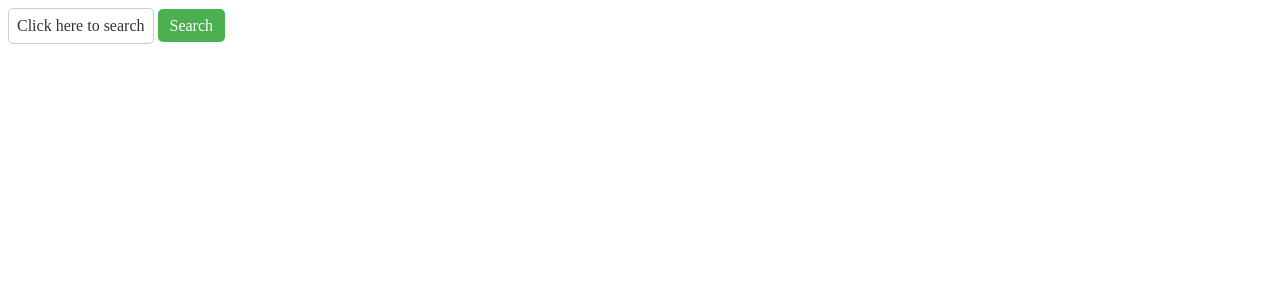
Repository: samoshi/To-do
Page: http://localhost/
An editor plug-in stored every save of this project. The page is shown before and after the next save, followed by the edit.
The browser window is 1280 px wide. The pictures show the whole page.
The page is served by the project's application, run on Flask 3 (app/app.py). Queries for data that is not in the repository find no rows.

Above is the page before, as saved 2024-01-14 20:26:03.

### app/templates/index.html
<!DOCTYPE html>
<html lang="en">
<head>
    <meta charset="UTF-8">
    <meta name="viewport" content="width=device-width, initial-scale=1.0">
    <title>Clickable Search Bar</title>
    <style>
        /* Style for the clickable search bar */
        .search-bar {
            display: inline-block;
            border: 1px solid #ccc;
            padding: 8px;
            border-radius: 5px;
            cursor: pointer;
            text-decoration: none;
            color: #333;
        }

        /* Style for the search button */
        .search-button {
            background-color: #4CAF50;
            color: #fff;
            border: none;
            padding: 8px 12px;
            border-radius: 5px;
            cursor: pointer;
            text-decoration: none;
        }
    </style>
</head>
<body>

<!-- Clickable search bar as a link -->
<a href="https://example.com/search" class="search-bar">
    Click here to search
    <!-- You can include an icon or any other content if needed -->
</a>

<!-- Search button (optional) -->
<a href="https://example.com/search" class="search-button">
    Search
</a>

</body>
</html>

### app/app.py
from flask import Flask, render_template, request, redirect, url_for, jsonify
from flask_sqlalchemy import SQLAlchemy

app = Flask(__name__)

app.config['SQLALCHEMY_DATABASE_URI'] = 'sqlite:///db.sqlite'
app.config['SQLALCHEMY_TRACK_MODIFICATIONS'] = False
db = SQLAlchemy(app)

class Task(db.Model):
    id = db.Column(db.Integer, primary_key=True)
    title = db.Column(db.String(100))
    complete = db.Column(db.Boolean)

# def save_tasks():
#     with open("tasks.json", "w") as file:
#         json.dump(tasks, file)


# # Load tasks from a file
# def load_tasks():
#     try:
#         with open("tasks.json", "r") as file:
#             lines = file.readlines()
#             tasks = []
#             for line in lines:
#                 parts = line.split(":")
#                 if len(parts) == 2:
#                     description, completed_str = parts
#                     completed = eval(completed_str)
#                     tasks.append({"description": description, "completed": completed})
#             return tasks
#     except FileNotFoundError:
#         return []  # Return an empty list if the file doesn't exist
#     except json.decoder.JSONDecodeError:
#         return []  # Return an empty list if there's an issue decoding JSON

# # Initialize tasks
# tasks = load_tasks()

@app.route('/')
def index():
    task_list = Task.query.all()
    return render_template('index.html', task_list=task_list)

@app.route('/add_task', methods=['POST'])
def add_task():
    title = request.form.get("title")
    new_task = Task(title=title, complete=False)
    db.session.add(new_task)
    db.session.commit()
    return redirect(url_for("index"))

@app.route("/update/<int:task_id>")
def update_task(task_id):
    task = Task.query.filter_by(id=task_id).first()
    task.complete = not task.complete
    db.session.commit()
    return redirect(url_for("index"))

@app.route('/complete/<int:task_id>')
def complete_task(task_id):
    task = Task.query.filter_by(id=task_id).first()
    if task:
        task.complete = not task.complete
        db.session.commit()
    return redirect(url_for('index'))

@app.route('/remove/<int:task_id>')
def remove_task(task_id):
    print("Remove task ()")
    task = Task.query.filter_by(id=task_id).first()
    print("Getting task", task_id)
    db.session.delete(task)
    print("deleted task")
    db.session.commit()
    return redirect(url_for('index'))

@app.route('/clear_tasks')
def clear_tasks():
    db.session.query(Task).delete()
    db.session.commit()
    return redirect(url_for('index'))


if __name__ == '__main__':
    db.create_all()
    app.run(host='0.0.0.0', port=5000, debug=True)

After the next save:
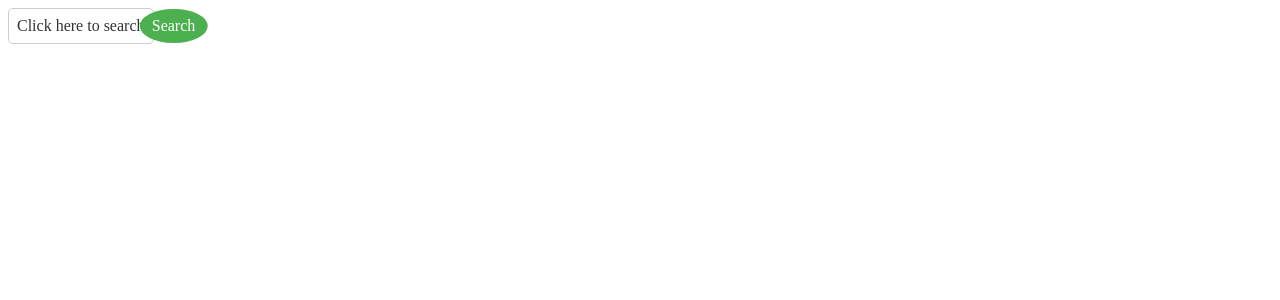
Saved 71 s later.
--- a/app/templates/index.html
+++ b/app/templates/index.html
@@ -5,6 +5,12 @@
     <meta name="viewport" content="width=device-width, initial-scale=1.0">
     <title>Clickable Search Bar</title>
     <style>
+        /* Container for the search bar and button */
+        .search-container {
+            position: relative;
+            display: inline-block;
+        }
+
         /* Style for the clickable search bar */
         .search-bar {
             display: inline-block;
@@ -14,15 +20,20 @@
             cursor: pointer;
             text-decoration: none;
             color: #333;
+            margin-right: 20px; /* Adjust the margin as needed */
         }
 
         /* Style for the search button */
         .search-button {
+            position: absolute;
+            top: 50%;
+            right: 0;
+            transform: translate(50%, -50%);
             background-color: #4CAF50;
             color: #fff;
             border: none;
             padding: 8px 12px;
-            border-radius: 5px;
+            border-radius: 50%; /* To make it a circle */
             cursor: pointer;
             text-decoration: none;
         }
@@ -30,16 +41,19 @@
 </head>
 <body>
 
-<!-- Clickable search bar as a link -->
-<a href="https://example.com/search" class="search-bar">
-    Click here to search
-    <!-- You can include an icon or any other content if needed -->
-</a>
+<!-- Container for the search bar and button -->
+<div class="search-container">
+    <!-- Clickable search bar as a link -->
+    <a href="https://example.com/search" class="search-bar">
+        Click here to search
+        <!-- You can include an icon or any other content if needed -->
+    </a>
 
-<!-- Search button (optional) -->
-<a href="https://example.com/search" class="search-button">
-    Search
-</a>
+    <!-- Search button (optional) -->
+    <a href="https://example.com/search" class="search-button">
+        Search
+    </a>
+</div>
 
 </body>
 </html>
